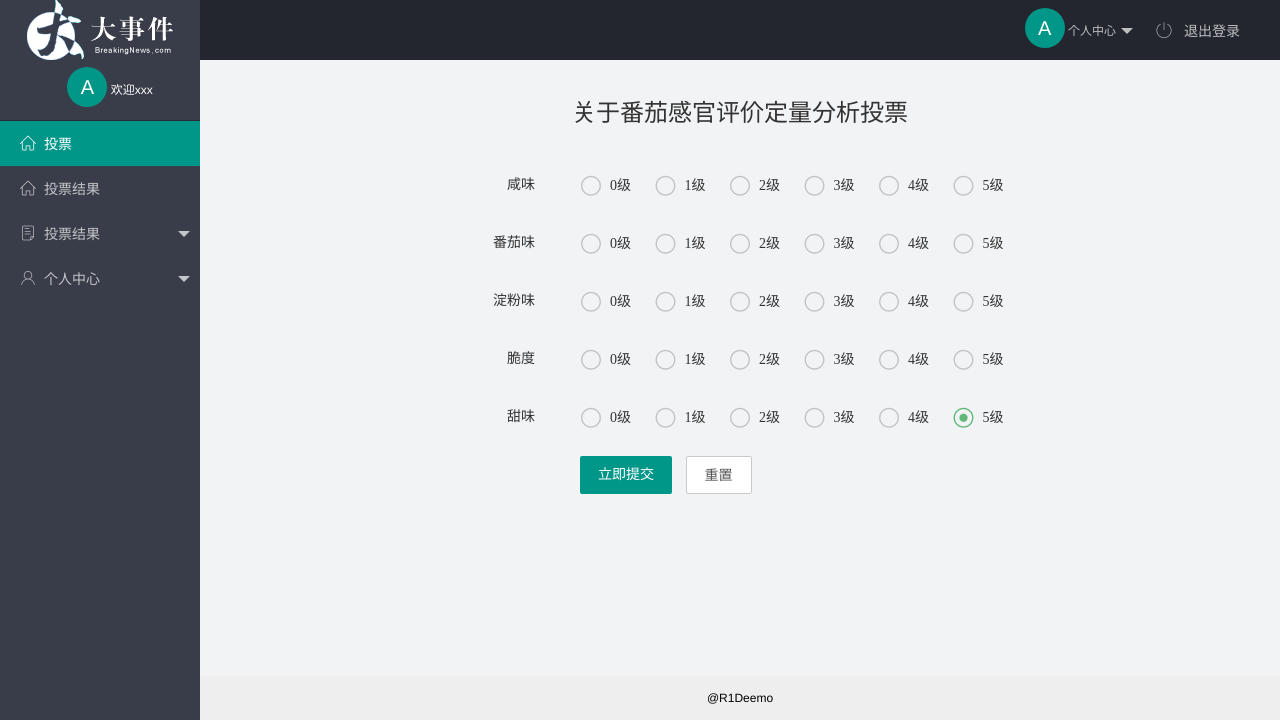
Repository: R1Deemo/vote_system
Page: web/index.html
An editor plug-in stored every save of this project. The page is shown before and after the next save, followed by the edit.
The browser window is 1280 px wide. The pictures show the whole page.
The page's requests for data from a server got no answer.

Above is the page before, as saved 2022-11-07 09:41:49.
Console error: TypeError: Cannot read properties of undefined (reading 'status')

### web/index.html
<!DOCTYPE html>
<html lang="en">

<head>
    <meta charset="utf-8">
    <meta name="viewport" content="width=device-width, initial-scale=1">
    <title>layout 管理系统大布局 - Layui</title>
    <link rel="stylesheet" href="/web/assets/lib/layui/css/layui.css">
    <link rel="stylesheet" href="/web/assets/css/index.css">
    <link rel="stylesheet" href="/web/assets/fonts/iconfont.css">
</head>

<body>
    <div class="layui-layout layui-layout-admin">
        <div class="layui-header">
            <div class="layui-logo layui-hide-xs layui-bg-black" id="logo"></div>
            <!-- 头部区域（可配合layui 已有的水平导航） -->
            <ul class="layui-nav layui-layout-left">
                <!-- 移动端显示 -->
                <li class="layui-nav-item layui-show-xs-inline-block layui-hide-sm" lay-header-event="menuLeft">
                    <i class="layui-icon layui-icon-spread-left"></i>
                </li>


                <li class="layui-nav-item">

                    <dl class="layui-nav-child">
                        <dd><a href="">menu 11</a></dd>
                        <dd><a href="">menu 22</a></dd>
                        <dd><a href="">menu 33</a></dd>
                    </dl>
                </li>
            </ul>
            <ul class="layui-nav layui-layout-right">
                <li class="layui-nav-item layui-hide layui-show-md-inline-block">
                    <a href="javascript:;" class="userinfo">
                        <!-- 用户头像 -->
                        <!-- <img src="//tva1.sinaimg.cn/crop.0.0.118.118.180/5db11ff4gw1e77d3nqrv8j203b03cweg.jpg" class="layui-nav-img" /> -->
                        <span class="text-avatar">A</span> 个人中心
                    </a>
                    <dl class="layui-nav-child">
                        <dd><a href="">基本资料</a></dd>
                        <dd><a href="">更换头像</a></dd>
                        <dd><a href="">重置密码</a></dd>
                    </dl>
                </li>
                <li class="layui-nav-item" lay-header-event="menuRight" lay-unselect>
                    <a href="javascript:;" id="btnLogout">
                        <span class="iconfont icon-tuichu"></span> 退出登录</i>
                    </a>
                </li>
            </ul>
        </div>

        <div class="layui-side layui-bg-black">
            <div class="layui-side-scroll">
                <!-- 用户头像 -->
                <div class="userinfo">
                    <!-- <img src="" class="layui-nav-img" /> -->
                    <span class="text-avatar">A</span>
                    <span id="welcom">欢迎xxx</span>
                </div>
                <!-- 左侧导航区域（可配合layui已有的垂直导航） -->
                <ul class="layui-nav layui-nav-tree" lay-shrink="all">
                    <li class="layui-nav-item layui-this"> <a href="/web/home/toupiao.html" target="fm"><span class="iconfont icon-home"></span>投票</a></li>
                    <li class="layui-nav-item "> <a href="/web/home/results.html" target="fm"><span class="iconfont icon-home"></span>投票结果</a></li>
                    <li class="layui-nav-item">
                        <a class="" href="javascript:;" target="fm"> <span class="iconfont icon-16"></span>投票结果</a>
                        <dl class="layui-nav-child">
                            <dd><a href="javascript:;"><i class="layui-icon layui-icon-release"></i> 文章类别</a></dd>
                            <dd><a href="javascript:;"><i class="layui-icon layui-icon-release"></i> 文章列表</a></dd>
                            <dd><a href="javascript:;"><i class="layui-icon layui-icon-release"></i> 发表文章</a></dd>
                            <!-- <dd><a href="">the links</a></dd> -->
                        </dl>
                    </li>
                    <li class="layui-nav-item">
                        <a href="javascript:;" target="fm"><span class="iconfont icon-user"></span>个人中心</a>
                        <dl class="layui-nav-child">
                            <dd><a href="javascript:;"><i class="layui-icon layui-icon-app"></i> 基本资料</a></dd>
                            <dd><a href="javascript:;"><i class="layui-icon layui-icon-app"></i> 更换头像</a></dd>
                            <dd><a href="/前端页面/user/user_pwd.html" target="fm"><i class="layui-icon layui-icon-app"></i> 重置密码</a></dd>
                        </dl>
                    </li>

                    <!-- <li class="layui-nav-item"><a href="">the links</a></li> -->
                </ul>
            </div>
        </div>

        <div class="layui-body">
            <!-- 内容主体区域 -->
            <!-- <div style="padding: 15px;">内容主体区域。记得修改 layui.css 和 js 的路径</div> -->
            <iframe src="/web/home/toupiao.html" frameborder="0" name="fm"></iframe>
        </div>

        <div class="layui-footer">
            <!-- 底部固定区域 -->
            @R1Deemo
        </div>
    </div>
    <script src="/web/assets/lib/layui/layui.all.js"></script>
    <script src="/web/assets/lib/jquery.js"></script>
    <script src="/web/assets/js/baseAPI.js"></script>
    <script src="/web/assets/js/index.js"></script>

</body>

</html>

### web/assets/css/index.css
#logo {
    background: url(/assets/images/logo.png) no-repeat center;
}

.layui-footer {
    text-align: center;
    font-size: 12px;
}

.layui-icon {
    margin-left: 20px;
    margin-right: 5px;
}

.iconfont {
    margin-right: 8px;
}

iframe {
    width: 100%;
    height: 100%;
}

.layui-body {
    overflow: hidden;
}

.userinfo {
    height: 60px;
    line-height: 60px;
    text-align: center;
    font-size: 12px;
    user-select: none;
}

.layui-side-scroll .userinfo {
    border-bottom: 1px solid #282b33;
}

.layui-nav-img {
    width: 40px;
    height: 40px;
    margin-bottom: 7px;
}

.text-avatar {
    display: inline-block;
    width: 40px;
    height: 40px;
    background-color: #009688;
    border-radius: 50%;
    line-height: 40px;
    font-size: 20px;
    color: #fff;
}

### web/assets/js/baseAPI.js
// 注意：每次调用 $.get() 或 $.post() 或 $.ajax() 的时候，
// 会先调用 ajaxPrefilter 这个函数
// 在这个函数中，可以拿到我们给Ajax提供的配置对象
$.ajaxPrefilter(function(options) {
    // 在发起真正的 Ajax 请求之前，统一拼接请求的根路径
    // options.url = 'http://www.liulongbin.top:3007' + options.url
    options.url = 'http://127.0.0.1:1234' + options.url


    // 统一为有权限的接口，设置 headers 请求头
    if (options.url.indexOf('/my/') !== -1) {
        options.headers = {
            Authorization: localStorage.getItem('token') || ''
        }
    }

    // 全局统一挂载 complete 回调函数
    options.complete = function(res) {
        // console.log('执行了 complete 回调：')
        // console.log(res)
        // 在 complete 回调函数中，可以使用 res.responseJSON 拿到服务器响应回来的数据
        if (res.responseJSON.status === 1 && res.responseJSON.message === '身份认证失败！') {
            // 1. 强制清空 token
            localStorage.removeItem('token')
                // 2. 强制跳转到登录页面
            location.href = '/login.html'
        }
    }
})

### web/assets/js/index.js
$(function() {
    // 获取用户的基本信息
    getUserInfo()

    // 退出登录
    $('#btnLogout').on('click', function() {
        layui.layer.confirm('确定退出登录?', { icon: 3, title: '提示' }, function(index) {
            //do something
            //清空本地存储的token
            localStorage.removeItem('token')
                // 返回登录界面
            location.href = '/web/login.html'
            layer.close(index);
        });
    })
})

function getUserInfo() {
    $.ajax({

        method: 'get',
        url: '/my/userinfo',

        success: function(res) {
            if (res.status !== 0) {
                return layui.layer.msg('获取用户信息失败')
            }
            console.log(res)
                // 渲染用户头像
            renderAvatar(res.data)
        },
        // 无论成功还是失败都会执行

    })
}
// 渲染用户头像
function renderAvatar(user) {
    // 获取用户名称并渲染
    var name = user.nicknake || user.username
    $('#welcom').html('欢迎&nbsp' + name)
        // 渲染用户头像
    var avatar = user.user_pic
    if (avatar !== null) {
        $('.layui-nav-img').attr('src', avatar).show()
        $('.text-avatar').hide()
    } else {
        $('.layui-nav-img').hide()
        var first = name[0].toUpperCase()
        $('.text-avatar').html(first).show()
    }
}

### web/home/toupiao.html
<!DOCTYPE html>
<html>

<head>
    <meta charset="UTF-8">
    <meta name="viewport" content="width=device-width, initial-scale=1.0">
    <meta http-equiv="X-UA-Compatible" content="ie=edge">
    <title>图表统计</title>
    <link rel="stylesheet" href="/web/assets/lib/layui/css/layui.css">
    <link rel="stylesheet" href="../../web/assets/lib/bootstrap.css" />
    <link rel="stylesheet" href="../../web/assets/lib/main.css" />
    <script src="../../web/assets/lib/jquery.js"></script>
    <script type="text/javascript" src="../../web/assets/lib/echarts.min.js"></script>
    <style>
        #title {
            text-align: center;
        }

        #tou {
            padding-top: 30px;
            margin-left: 230px;
        }
    </style>
</head>
<!-- 这里使用了一张背景，注释掉了。
<body style="background-image:url(body.jpeg); background-size:100%; background-repeat: no-repeat;">
 -->

<body>
    <div id="main" style="margin:40px ;">
        <div id="title">
            <h3>关于番茄感官评价定量分析投票</h3>
        </div>
        <div id="tou">
            <form class="layui-form" action="">
                <div class="layui-form-item">
                    <label class="layui-form-label">咸味</label>
                    <div class="layui-input-block">
                        <input type="radio" name="sex" value="男" title="0级">
                        <input type="radio" name="sex" value="男" title="1级">
                        <input type="radio" name="sex" value="男" title="2级">
                        <input type="radio" name="sex" value="男" title="3级">
                        <input type="radio" name="sex" value="男" title="4级">
                        <input type="radio" name="sex" value="女" title="5级" checked>
                    </div>
                </div>
                <div class="layui-form-item">
                    <label class="layui-form-label">番茄味</label>
                    <div class="layui-input-block">
                        <input type="radio" name="sex" value="男" title="0级">
                        <input type="radio" name="sex" value="男" title="1级">
                        <input type="radio" name="sex" value="男" title="2级">
                        <input type="radio" name="sex" value="男" title="3级">
                        <input type="radio" name="sex" value="男" title="4级">
                        <input type="radio" name="sex" value="女" title="5级" checked>
                    </div>
                </div>
                <div class="layui-form-item">
                    <label class="layui-form-label">淀粉味</label>
                    <div class="layui-input-block">
                        <input type="radio" name="sex" value="男" title="0级">
                        <input type="radio" name="sex" value="男" title="1级">
                        <input type="radio" name="sex" value="男" title="2级">
                        <input type="radio" name="sex" value="男" title="3级">
                        <input type="radio" name="sex" value="男" title="4级">
                        <input type="radio" name="sex" value="女" title="5级" checked>
                    </div>
                </div>
                <div class="layui-form-item">
                    <label class="layui-form-label">脆度</label>
                    <div class="layui-input-block">
                        <input type="radio" name="sex" value="男" title="0级">
                        <input type="radio" name="sex" value="男" title="1级">
                        <input type="radio" name="sex" value="男" title="2级">
                        <input type="radio" name="sex" value="男" title="3级">
                        <input type="radio" name="sex" value="男" title="4级">
                        <input type="radio" name="sex" value="女" title="5级" checked>
                    </div>
                </div>
                <div class="layui-form-item">
                    <label class="layui-form-label">甜味</label>
                    <div class="layui-input-block">
                        <input type="radio" name="sex" value="男" title="0级">
                        <input type="radio" name="sex" value="男" title="1级">
                        <input type="radio" name="sex" value="男" title="2级">
                        <input type="radio" name="sex" value="男" title="3级">
                        <input type="radio" name="sex" value="男" title="4级">
                        <input type="radio" name="sex" value="女" title="5级" checked>
                    </div>
                </div>


                <div class="layui-form-item">
                    <div class="layui-input-block">
                        <button class="layui-btn" lay-submit lay-filter="formDemo">立即提交</button>
                        <button type="reset" class="layui-btn layui-btn-primary">重置</button>
                    </div>
                </div>
            </form>
        </div>

    </div>
    <!-- <div align="center"><img src="head2.jpg" /></div> -->
    <!-- <div align="center">
        <h4>关于番茄感官评价定量分析投票</h4>
        <table id="main">
            <tr>
                <td>
                    <input type="radio" name="option" checked="checked" />咸味
                </td>
            </tr>
            <tr>
                <td style="width:550px">
                    <div id=0 style="background-color:#acd6ff; width:0; height:20px; border-width:0px;">
                    </div>
                </td>
                <td>
                    <label id="label0">0</label>票
                </td>
            </tr>
            <tr>
                <td>
                    <input type="radio" name="option" />番茄味
                </td>
            </tr>
            <tr>
                <td>
                    <div id=1 style="background-color:#0066cc; height:20px; width:0; border-width:0px; border-color:blue; border-style:solid ; text-align:right;"></div>

                </td>
                <td>
                    <label id="label1">0</label>票
                </td>
            </tr>
            <tr>
                <td>
                    <input type="radio" name="option" />生淀粉味
                </td>
            </tr>
            <tr>
                <td>
                    <div id=2 style="background-color:#ff7575; height:20px;width:0;  border-width:0px; border-color:blue; border-style:solid ; text-align:right;"></div>

                </td>
                <td>
                    <label id="label2">0</label>票
                </td>
            </tr>
            <tr>
                <td>
                    <input type="radio" name="option" />脆
                </td>
            </tr>
            <tr>
                <td>
                    <div id=3 style="background-color:#5cadad;height:20px;width:0; border-width:0px; border-color:blue; border-style:solid ; text-align:right;"></div>

                </td>
                <td>
                    <label id="label3">0</label>票
                </td>
            </tr>
            <tr>
                <td>
                    <input type="radio" name="option" />甜
                </td>
            </tr>
            <tr>
                <td>
                    <div id=3 style="background-color:#5cadad;height:20px;width:0; border-width:0px; border-color:blue; border-style:solid ; text-align:right;"></div>

                </td>
                <td>
                    <label id="label3">0</label>票
                </td>
            </tr>

            <tr>
                <td>
                    <p>
                        <input type="submit" value="确认投票" οnclick="vote()" />
                </td>
            </tr>
        </table>
    </div> -->
    <script src="/web/assets/lib/layui/layui.all.js"></script>
    <script src="/web/assets/lib/jquery.js"></script>
    <script src="/web/assets/js/baseAPI.js"></script>
</body>
<!-- <script type="text/javascript">
    //在每个投票选项后面写了个div，用div的宽度来代表当前该选项的投票数。
    function vote() { //函数vote，当点击确认投票的时候，调用vote方法

        //for循环的条件是，所有投票选项的个数。
        for (var i = 0; i < document.getElementsByName("option").length; i++) {

            //查找到是哪个投票选项被选中
            if (document.getElementsByName("option")[i].checked == true) {
                var width = document.getElementById(i).style.width; //获取到当前选项的宽度。
                width = parseInt(width); //将宽度转化为int型，因为获取到的width的单位是px
                width += 3; //改变width的值，这里就是定义每次投票的进度条的增速
                document.getElementById(i).style.width = width + "px"; //修改原div的宽度

                var label = "label" + i; //lable标签里面写的是当前的投票数目。
                var num = document.getElementById(label).innerText; //获取到当前的票数
                document.getElementById(label).innerText = ++num; //票数加1，并修改原值
            }
        }

        //alert("投票成功");

    }
</script> -->

</html>

Loaded but not shown: web/assets/lib/layui/css/layui.css (library); web/assets/fonts/iconfont.css (common file); web/assets/lib/layui/layui.all.js (library); web/assets/lib/jquery.js (library); web/assets/lib/bootstrap.css (library); web/assets/lib/main.css (library); web/assets/lib/echarts.min.js (library); web/assets/lib/layui/css/modules/laydate/default/laydate.css (library); web/assets/lib/layui/css/modules/layer/default/layer.css (library); web/assets/lib/layui/css/modules/code.css (common file)

After the next save:
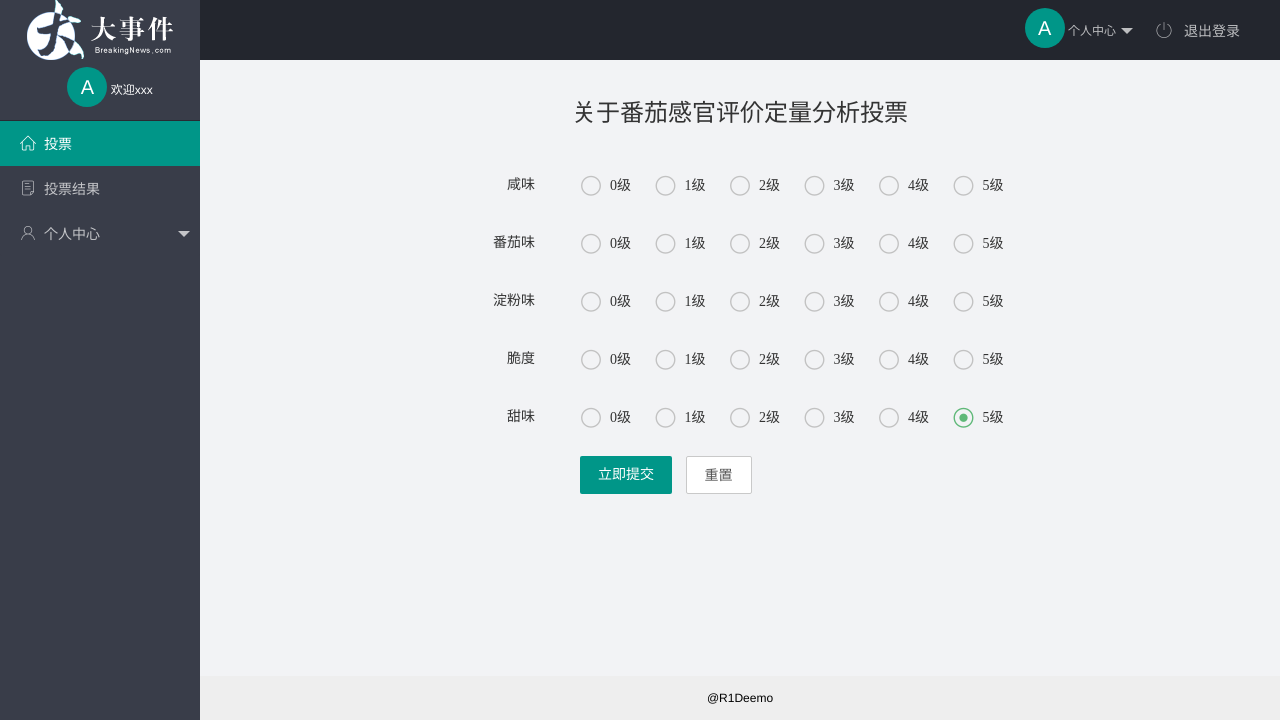
Saved 36 s later.
--- a/web/index.html
+++ b/web/index.html
@@ -63,16 +63,16 @@
                 <!-- 左侧导航区域（可配合layui已有的垂直导航） -->
                 <ul class="layui-nav layui-nav-tree" lay-shrink="all">
                     <li class="layui-nav-item layui-this"> <a href="/web/home/toupiao.html" target="fm"><span class="iconfont icon-home"></span>投票</a></li>
-                    <li class="layui-nav-item "> <a href="/web/home/results.html" target="fm"><span class="iconfont icon-home"></span>投票结果</a></li>
-                    <li class="layui-nav-item">
+                    <li class="layui-nav-item "> <a href="/web/home/results.html" target="fm"><span class="iconfont icon-16"></span>投票结果</a></li>
+                    <!-- <li class="layui-nav-item">
                         <a class="" href="javascript:;" target="fm"> <span class="iconfont icon-16"></span>投票结果</a>
                         <dl class="layui-nav-child">
                             <dd><a href="javascript:;"><i class="layui-icon layui-icon-release"></i> 文章类别</a></dd>
                             <dd><a href="javascript:;"><i class="layui-icon layui-icon-release"></i> 文章列表</a></dd>
                             <dd><a href="javascript:;"><i class="layui-icon layui-icon-release"></i> 发表文章</a></dd>
                             <!-- <dd><a href="">the links</a></dd> -->
-                        </dl>
-                    </li>
+                    </dl>
+                    </li> -->
                     <li class="layui-nav-item">
                         <a href="javascript:;" target="fm"><span class="iconfont icon-user"></span>个人中心</a>
                         <dl class="layui-nav-child">
